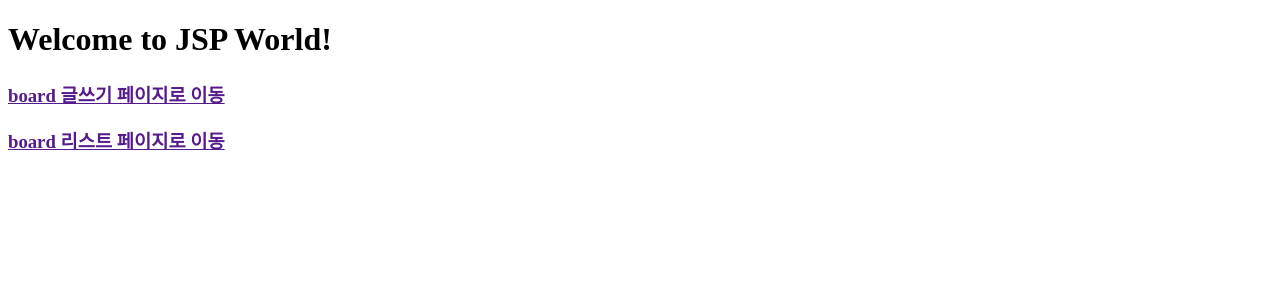
Repository: Umc404/jsp
Page: http://localhost/jsp_study/
The author's editor kept a copy of each file at every save. The page is drawn from the files as they stood at one save, then again after the next save.
The browser window is 1280 px wide. The pictures show the whole page.
The page is served by Tomcat 9.

Above is the page before, as saved 2024-10-22 04:13:51.

After the next save:
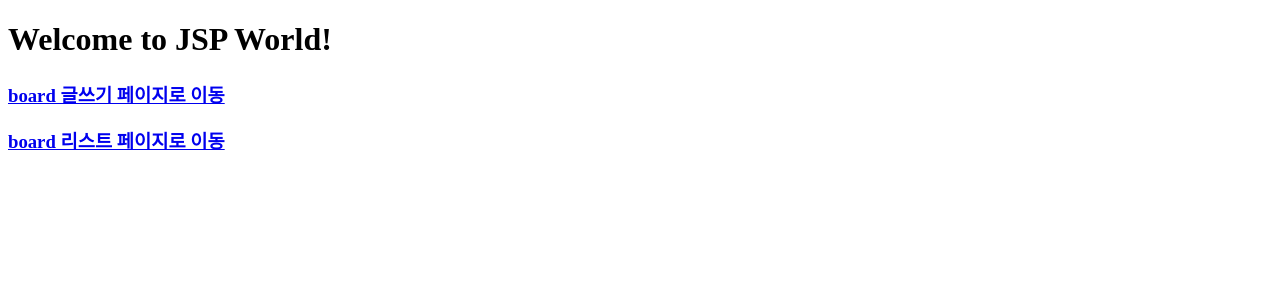
Saved 28 s later.
--- a/jsp_study/src/main/webapp/index.jsp
+++ b/jsp_study/src/main/webapp/index.jsp
@@ -10,7 +10,7 @@
 	<h1>Welcome to JSP World!</h1>
 
 	<!-- jsp의 모든 경로는 controller로 이동되개 해야함. -->
-	<h3><a href="">board 글쓰기 페이지로 이동</a></h3>
-	<h3><a href="">board 리스트 페이지로 이동</a></h3>
+	<h3><a href="/brd/register">board 글쓰기 페이지로 이동</a></h3>
+	<h3><a href="/brd/list">board 리스트 페이지로 이동</a></h3>
 </body>
 </html>
